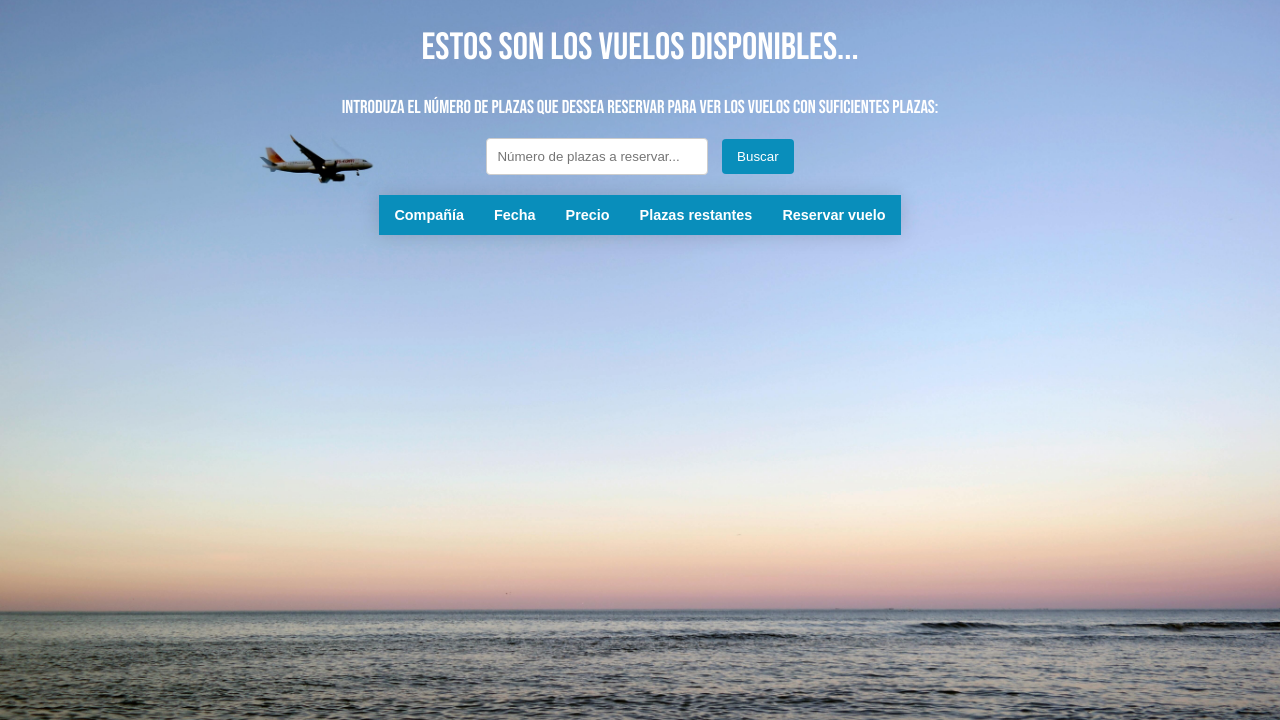
Repository: craschelf/GestionDeViajes-Microservicios
Page: http://localhost/vuelos
These files come from the project's save history. The page is drawn as it stood at one moment and after the next save; the edit follows.
The browser window is 1280 px wide. The pictures show the whole page.
The page is this project's Thymeleaf template; nobody is signed in. The template is opened directly, without the code that normally fills it, so the values that code supplies are empty.

Above is the page before, as saved 2024-06-05 15:41:39.
Console error: TypeError: Cannot set properties of null (setting 'value')

After the next save:
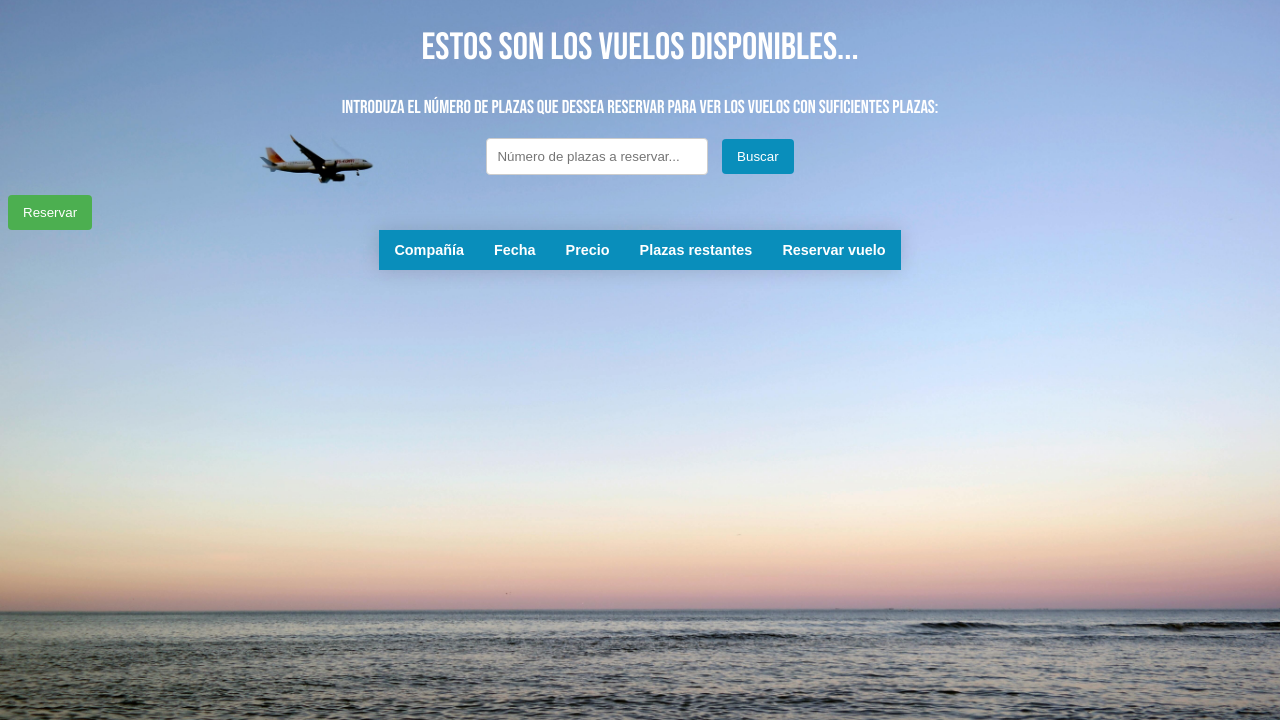
The error is gone.
Saved 2 min 41 s later.
--- a/FrontProyectoFinal/src/main/resources/templates/vuelos.html
+++ b/FrontProyectoFinal/src/main/resources/templates/vuelos.html
@@ -35,6 +35,7 @@
 	            <td th:text="${vuelo.precio} + '€'"></td>
 	            <td th:text="${vuelo.plazasDisponibles}"></td>
 	            <td>
+					</tr>
 	                <form action="/vuelos/reservar" method="get" onsubmit="obtenerDatosFila(this)">
 	                    <input type="hidden" name="plazasAReservar" id="inputOculto">
 	                    <input type="hidden" name="id" th:value="${vuelo.id}">
